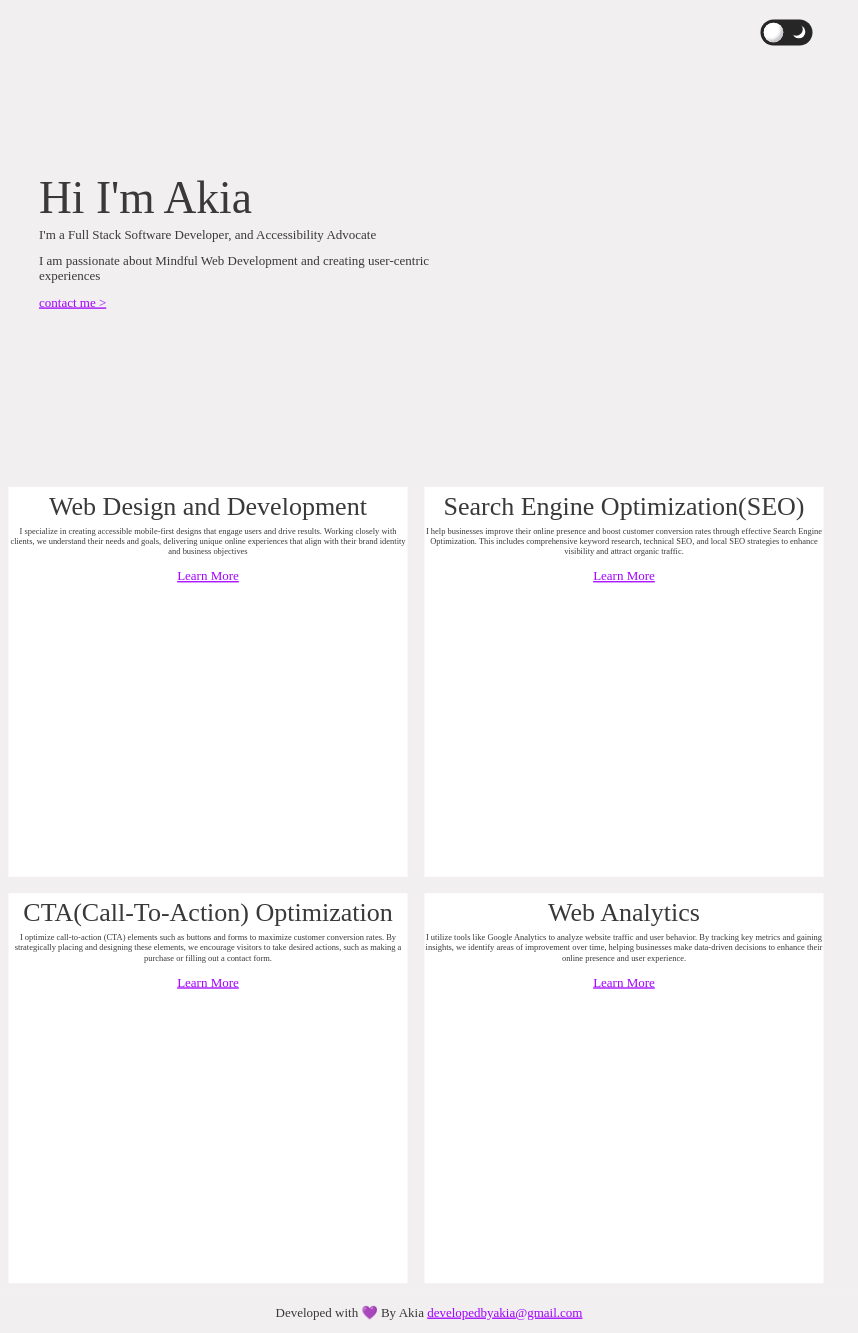
Repository: akiachenise/akiachenise.github.io
Page: index.html
These files come from the project's save history. The page is drawn as it stood at one moment and after the next save; the edit follows.
The browser window is 1280 px wide. The page is 1320 px wide, so the pictures cover 1320 px, including what lies to the right of the window. The pictures show the whole page, at 65% of full size.

Above is the page before, as saved 2023-06-09 08:44:33.

### index.html
<!DOCTYPE html>
<html lang = "en">
<head>
     <meta charset="utf-8" />
     <title>Developed By Akia</title>
     <link rel="stylesheet" href="css/styles.css" />
     <meta name="viewport" content="width=device-width, initial-scale=1">
</head>
<body>
    <header>
        <div class="switch">
            <div class="flicker"></div>
            <div class="moon"></div>
        </div>
    </header>

    <section class="main">
        <div class="main-text">
            <h1>Hi I'm Akia</h1>
            <p>I'm a Full Stack Software Developer, and Accessibility Advocate</p>
            <br/>
            <p>I am passionate about Mindful Web Development and creating user-centric experiences</p>
            <br/>
            <a href="#footer">contact me ></a>
        </div>

        <div class="hero-image">
            <div class="cube" id="react"></div>
            <div class="cube" id="javascript"></div>
            <div class="cube" id="html"></div>
            <div class="cube" id="css"></div>
        </div>

        </section>
    <section class="sub-section">
        <div class="square" id="web-design">
            <h2>Web Design and Development</h2>
            <p>I specialize in creating accessible mobile-first designs that engage users and drive results. Working closely with clients, we understand their needs and goals, delivering unique online experiences that align with their brand identity and business objectives</p>
            </br>
            <a href="">Learn More</a>
        </div>
        <div class="square" id="search-engine">
            <h2>Search Engine Optimization(SEO)</h2>
            <p>I help businesses improve their online presence and boost customer conversion rates through effective Search Engine Optimization. This includes comprehensive keyword research, technical SEO, and local SEO strategies to enhance visibility and attract organic traffic.</p>
            </br>
            <a href="">Learn More</a>
        </div>
        <div class="square" id="call-to-action">
            <h2>CTA(Call-To-Action) Optimization</h2>
            <p>I optimize call-to-action (CTA) elements such as buttons and forms to maximize customer conversion rates. By strategically placing and designing these elements, we encourage visitors to take desired actions, such as making a purchase or filling out a contact form.</p>
            </br>
            <a href="">Learn More</a>
        </div>
        <div class="square" id="web-analytics">
            <h2>Web Analytics</h2>
            <p>I utilize tools like Google Analytics to analyze website traffic and user behavior. By tracking key metrics and gaining insights, we identify areas of improvement over time, helping businesses make data-driven decisions to enhance their online presence and user experience.</p>
            </br>
            <a href="">Learn More</a>
        </div>
<!--<div class="square" id="coming-soon"></div>
            <h2>COMING SOON: Mindful Melanin</h2>
            <p>As an additional offering, I am developing an accessible web application called Mindful Melanin. This platform empowers black women by providing daily affirmations, journaling spaces, and goal setting and tracking features. It promotes self-care, mental well-being, and personal growth in a modern and accessible way.</p>
            </br>
            <a href="">Learn More</a>
        </div>-->
    </section>

        <footer id ="footer">
            <p>Developed with 💜 By Akia <a href="mailto:developedbyakia@gmail.com">developedbyakia@gmail.com</a></p>


            <script src="js/scripts.js"></script>
        </body>
    </html>

### css/styles.css
@import url('https://fonts.googleapis.com/css2?family=''Poppins', 'sans-serif'', sans-serif:ital,wght@0,100;0,200;0,300;0,400;0,500;0,600;0,700;0,800;0,900;1,100;1,200;1,400;1,500;1,600;1,700;1,800;1,900&display=swap');

body {
    transition: 0.3s;
    margin: 0;
    padding: 0;
    background-color: rgb(241, 239, 239);
    font-family: 'Poppins', 'sans-serif';
    color: rgb(57, 57, 57);
}

h1 {
    font-size: 70px;
    line-height:70px;
    font-weight: 300;
    margin: 10px 0;
}

h2 {
    font-size: 40px;
    line-height: 40px;
    font-weight: 300;
    margin: 10px 0;
}

p {
    margin: 0px;
    font-size: 20px;
}
.square p {
    margin: 0px;
    font-size: 13px;
}

a {
    color:rgb(162, 0, 255);
    font-size: 20px;
    font-weight: 100;
}

.dark a {
    color: rgb(246, 169, 241);
}


header {
    display: flex;
    justify-content: flex-end;
    padding: 30px;
}

.switch {
  width: 80px;
  height: 40px;
  border-radius: 20px;
  background-color: rgb(39, 38, 38);
  position: relative;
}

.flicker {
  width: 30px;
  height: 30px;
  border-radius: 15px;
  background-color: rgb(255, 255, 255);
  position: absolute;
  top: 5px;
  left: 5px;
  transition: 0.3s;
  box-shadow:
    inset 4px 4px 4px rgb(255, 255, 255),
    inset -4px -4px 4px rgb(195 193 198 / 90%);
}

.dark {
    background-color: rgb(57, 57, 57);
    transition: 0.3s;
}

.moon {
    width: 20px;
    height: 20px;
    border-radius: 10px;
    box-shadow: 4px 4px 0 0 rgb(255, 255, 255);
    position: absolute;
    top: 5px;
    left: 45px;
}

.dark .flicker {
    transform: translateX(40px);
    transition: 0.3s;
}

.dark > * {
    color: rgb(255, 255, 255);
}

.main{
    height: 80vh;
    display: flex;
    flex-direction: row;
    justify-content: space-between;
    align-items: center;
    padding: 30px;
}
.main-text {
    padding: 30px;
    margin-bottom: 100px;
}

.square {
    width: 98%;
    margin: 1%;
    height: 350px;
    background-color: rgb(255, 255, 255);
    text-align: center;
}

.dark .square {
    background-color: rgb(71, 71, 71);
}

/*#web-design {
    background-image: url("../images/web-design.png");
    background-size: cover;
}

#search-engine {
    background-image: url("../images/search-engine.png");
    background-size: cover;
}

#call-to-action {
    background-image: url("../images/call-to-action.png");
    background-size: cover;
}

#web-analytics {
    background-image: url("../images/web-analytics.png");
    background-size: cover;
}

#coming-soon {
    background-image: url("../images/coming-soon-light.png");
    background-size: cover;
}
.dark #coming-soon {
    background-image: url("../images/coming-soon-dark.png");
    background-size: cover;
}*/

.sub-section {
    display: flex;
    flex-wrap: wrap;
}

.hero-image {
    position: relative;
    width: 50%;
    height: 350px;
    display: block;
    margin-bottom: 100px;
}

.cube {
    position: absolute;
    width: 80px;
    height: 79px;
    transform:rotate(-25deg) skew(25deg);
}

.cube:before {
    position: absolute;
    content: "";
    width: 21px;
    height: 79px;
    transform: skewY(-45deg);
    left: -20px;
    bottom: -10px;
}

.cube:after {
    position: absolute;
    content: "";
    width: 100%;
    height: 21px;
    transform: skewX(-45deg);
    left: -10px;
    bottom: -20px;
}

#html {
    left: 100px;
    bottom: 80px;
    background-image: url("../images/html-square.png");
    background-size: cover;
    background-color: rgb(175, 119, 227);
    box-shadow: rgb(50 50  50/ 15%);
}

#html:before {
    background-color: rgb(189, 154, 221);
}

#html:after {
    background-color: rgb(205, 188, 221);
}

#css {
    left: 250px;
    bottom: 240px;
    background-image: url("../images/css-square.png");
    background-size: cover;
    background-color: rgb(227, 119, 191);
    box-shadow: -100px 100px 20px rgb(50 50 50/ 15%);
  }

  #css:before {
    background-color: rgb(221, 154, 207);
  }

  #css:after {
    background-color: rgb(221, 188, 211);
  }

  #javascript {
    left: 450px;
    bottom: 200px;
    background-image: url("../images/javascript-square.png");
    background-size: cover;
    background-color: rgb(119, 227, 186);
    box-shadow: -40px 40px 20px rgb(50 50 50/ 15%);
  }

  #javascript:before {
    background-color: rgb(154, 221, 202);
  }

  #javascript:after {
    background-color: rgb(188, 221, 212);
  }

  #react {
    left: 350px;
    bottom: 40px;
    background-image: url("../images/react-square.png");
    background-size: cover;
    background-color: rgb(119, 193, 227);
    box-shadow: -80px 80px 20px rgb(50 50 50/ 15%);
  }

  #react:before {
    background-color: rgb(154, 189, 221);
  }

  #react:after {
    background-color: rgb(188, 200, 221);
  }


footer {
    background-color: rgb(241, 239, 239);
    width: 100%;
    padding: 20px;
    display: flex;
    font-family: 'Poppins', 'sans-serif';
    align-items: center;
    justify-content: center;
}

.dark footer {
    background-color: rgb(8, 8, 8);
    width: 100%;
    padding: 20px;
    display: flex;
    font-family: 'Poppins', 'sans-serif';
    align-items: center;
    justify-content: center;
}


@media only screen and (min-width: 970px) {
    .main-text {
        width: 50%;
    }
    .square {
        width: 48%;
        margin: 1%;
        height: 600px;
    }
}

@media only screen and (max-width: 1300px) {
    .hero-image {
        display: none;
    }
}

### js/scripts.js
const switchElement = document.querySelector('.switch')

switchElement.addEventListener('click', () => {
  document.body.classList.toggle('dark')
})

After the next save:
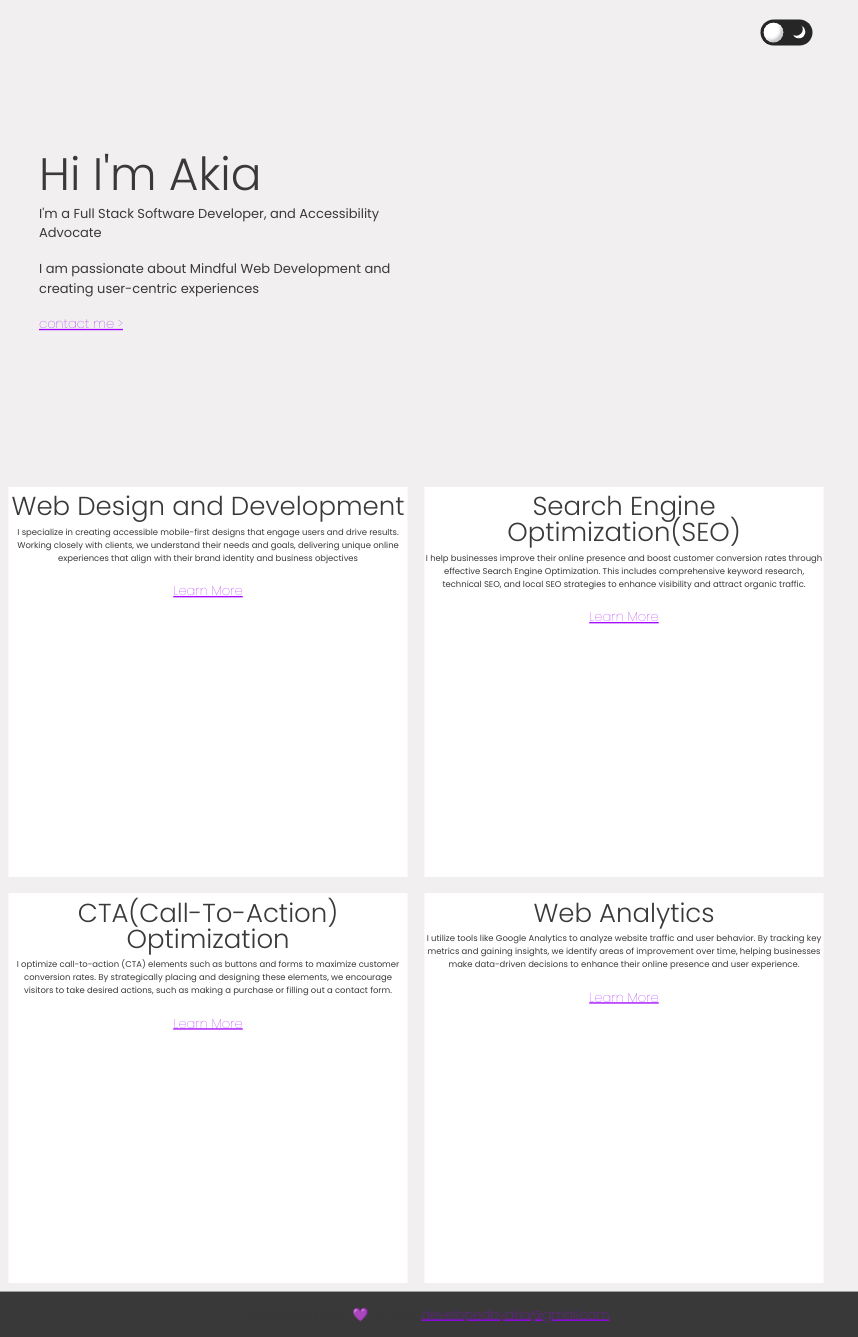
Saved 3 min 25 s later.
--- a/css/styles.css
+++ b/css/styles.css
@@ -1,4 +1,4 @@
-@import url('https://fonts.googleapis.com/css2?family=''Poppins', 'sans-serif'', sans-serif:ital,wght@0,100;0,200;0,300;0,400;0,500;0,600;0,700;0,800;0,900;1,100;1,200;1,400;1,500;1,600;1,700;1,800;1,900&display=swap');
+@import url('https://fonts.googleapis.com/css2?family=Poppins:ital,wght@0,100;0,200;0,300;0,400;0,500;0,600;0,700;0,800;0,900;1,100;1,200;1,300;1,400;1,500;1,600;1,700;1,800;1,900&display=swap');
 
 body {
     transition: 0.3s;
@@ -259,7 +259,7 @@ header {
 
 
 footer {
-    background-color: rgb(241, 239, 239);
+    background-color: rgb(57, 57, 57);
     width: 100%;
     padding: 20px;
     display: flex;
